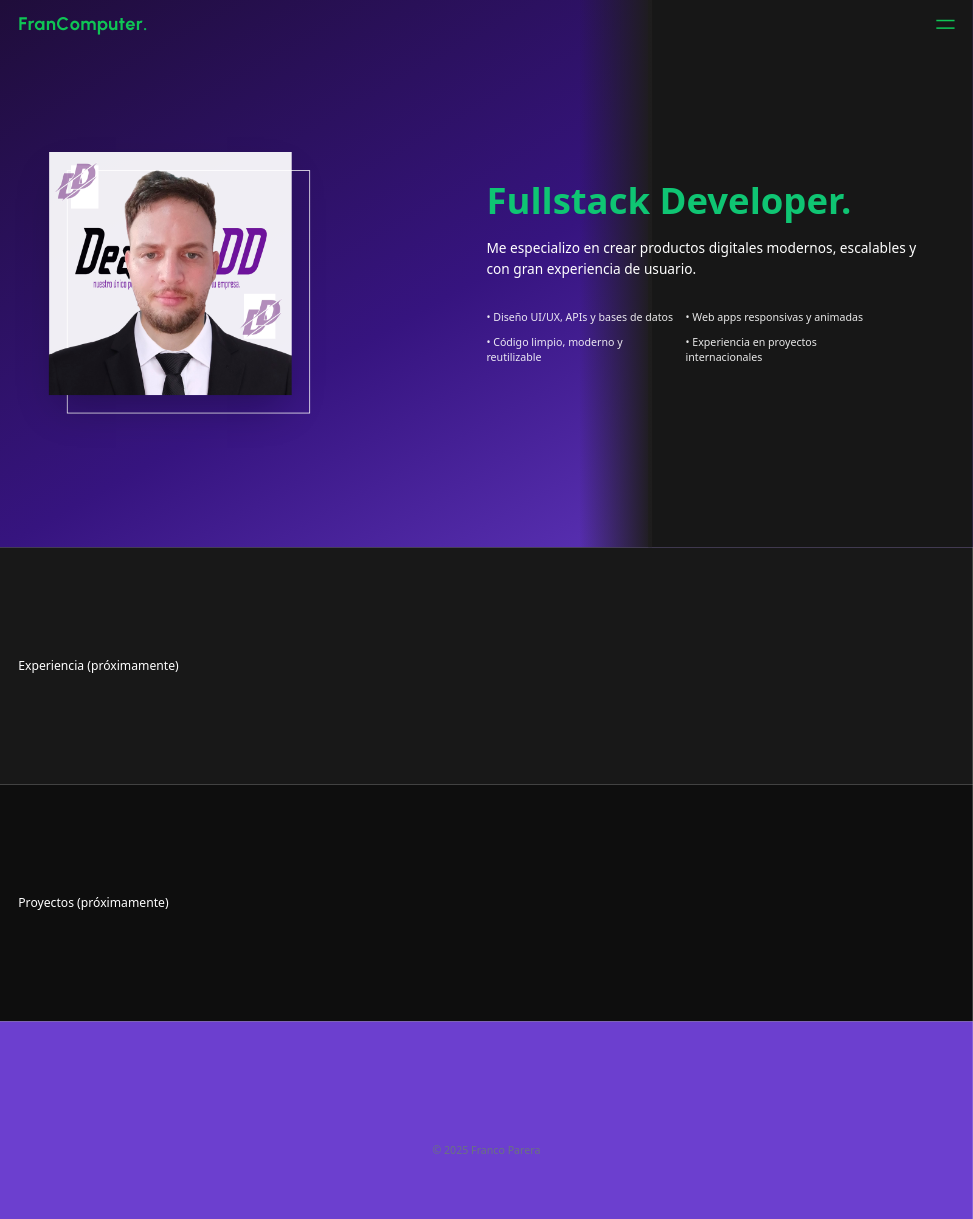
Repository: francoluca35/portfolio-franco-dev
Page: /
The author's editor kept a copy of each file at every save. The page is drawn from the files as they stood at one save, then again after the next save.
The browser window is 1280 px wide. The pictures show the whole page, at 76% of full size.
The project was rebuilt for these pictures with package versions that can differ from the ones it lists, and the page was loaded fresh each time. The framework's server and built-in components were replaced by stand-ins that run in the browser. Also part of the build but not shown: next.config.js.

Above is the page before, as saved 2025-05-06 02:17:17.

After the next save:
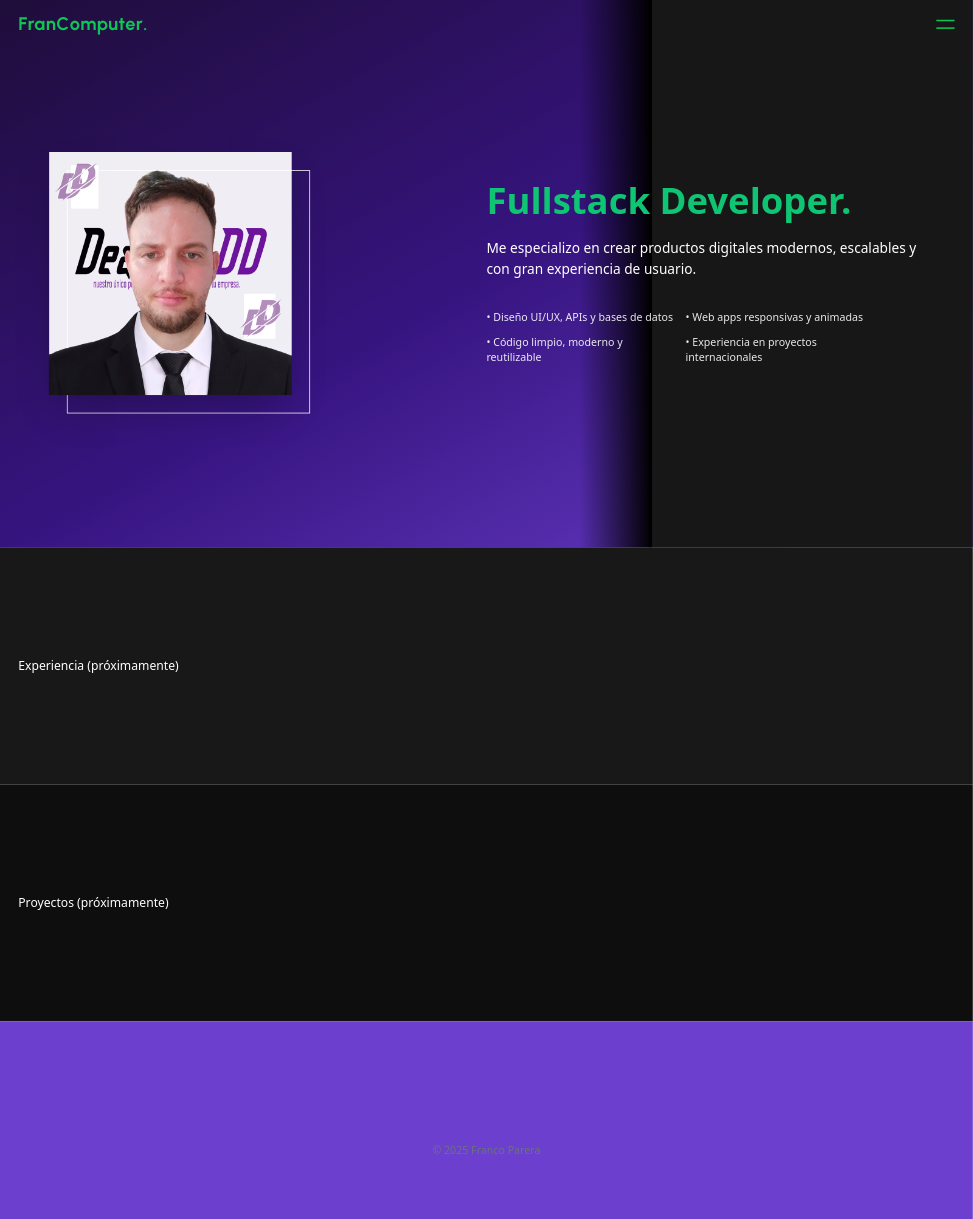
Saved 12 s later.
--- a/components/Hero.jsx
+++ b/components/Hero.jsx
@@ -9,7 +9,7 @@
       <div className="hidden md:block absolute top-0 right-0 w-1/3 h-full bg-[#171717] z-0" />
 
       {/* Difuminado entre violeta y negro */}
-      <div className="hidden md:block absolute top-0 right-[33%] w-24 h-full bg-gradient-to-r from-transparent to-[#1e1d1d] z-10" />
+      <div className="hidden md:block absolute top-0 right-[33%] w-24 h-full bg-gradient-to-r from-transparent to-[#000000] z-10" />
 
       {/* Contenido */}
       <div className="relative z-20 max-w-6xl w-full flex flex-col items-center md:flex-row md:items-center md:justify-between gap-10 md:gap-0">

After the save that followed:
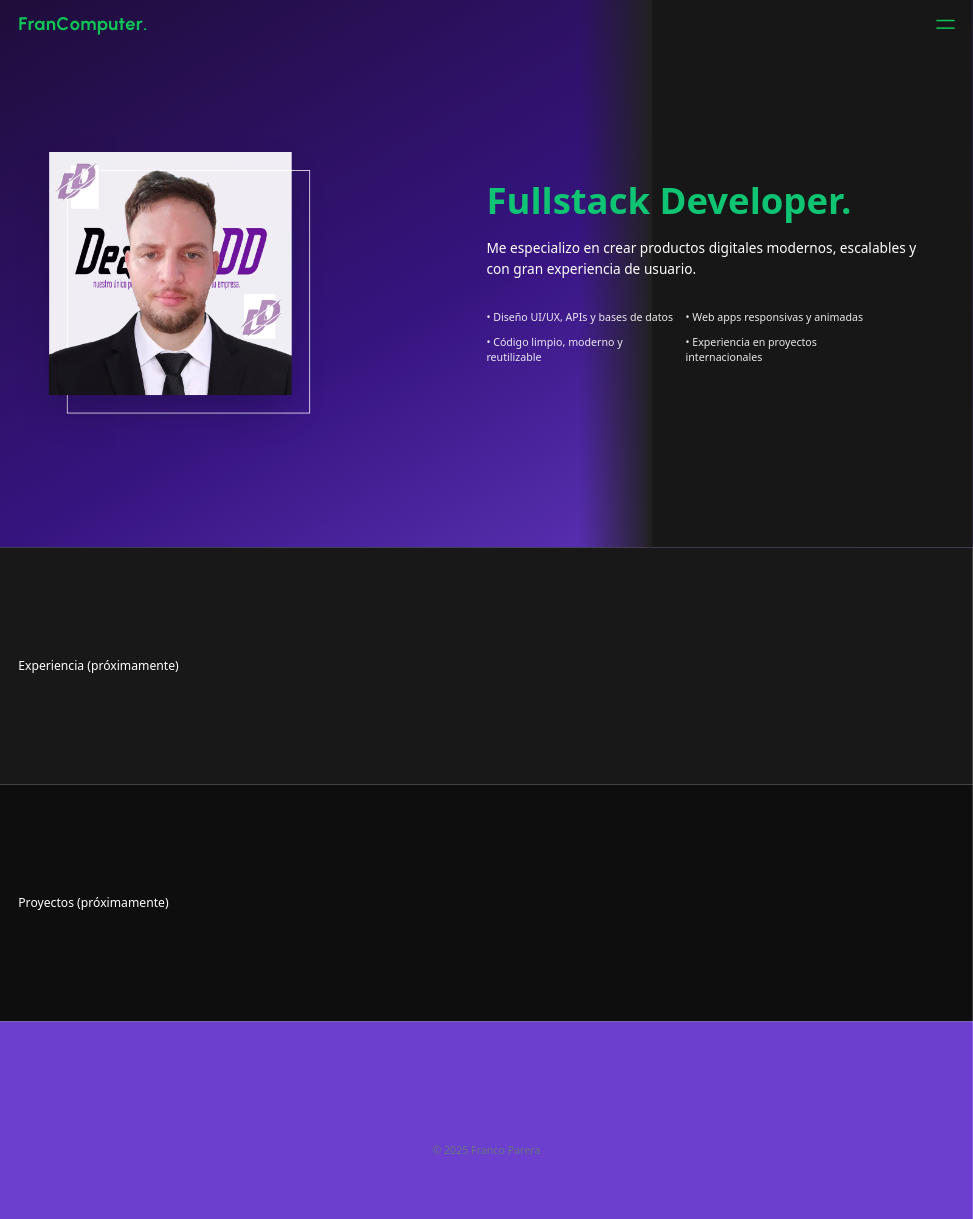
Saved 5 s later.
--- a/components/Hero.jsx
+++ b/components/Hero.jsx
@@ -9,7 +9,7 @@
       <div className="hidden md:block absolute top-0 right-0 w-1/3 h-full bg-[#171717] z-0" />
 
       {/* Difuminado entre violeta y negro */}
-      <div className="hidden md:block absolute top-0 right-[33%] w-24 h-full bg-gradient-to-r from-transparent to-[#000000] z-10" />
+      <div className="hidden md:block absolute top-0 right-[33%] w-24 h-full bg-gradient-to-r from-transparent to-[#222121] z-10" />
 
       {/* Contenido */}
       <div className="relative z-20 max-w-6xl w-full flex flex-col items-center md:flex-row md:items-center md:justify-between gap-10 md:gap-0">
